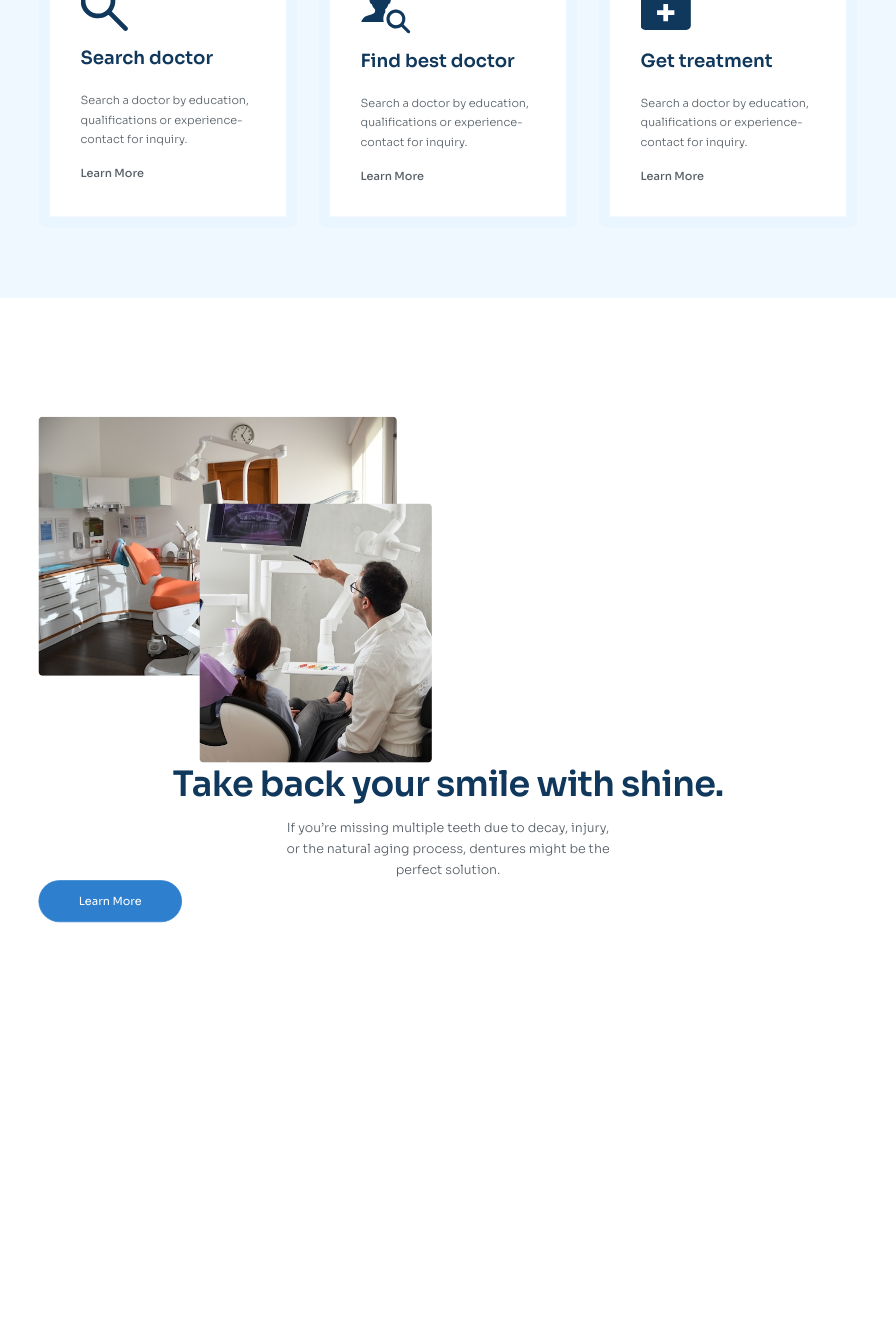
Repository: han2003dz/f8-project-03
Page: index.html
These files come from the project's save history. The page is drawn as it stood at one moment and after a run of saves; the edit follows.
The browser window is 1280 px wide. The pictures show the part of the page from y = 2279 to 4199 px (the page is 6000 px tall), at 70% of full size.

Above is the page before, as saved 2023-05-06 21:46:06.

After the next 4 saves:
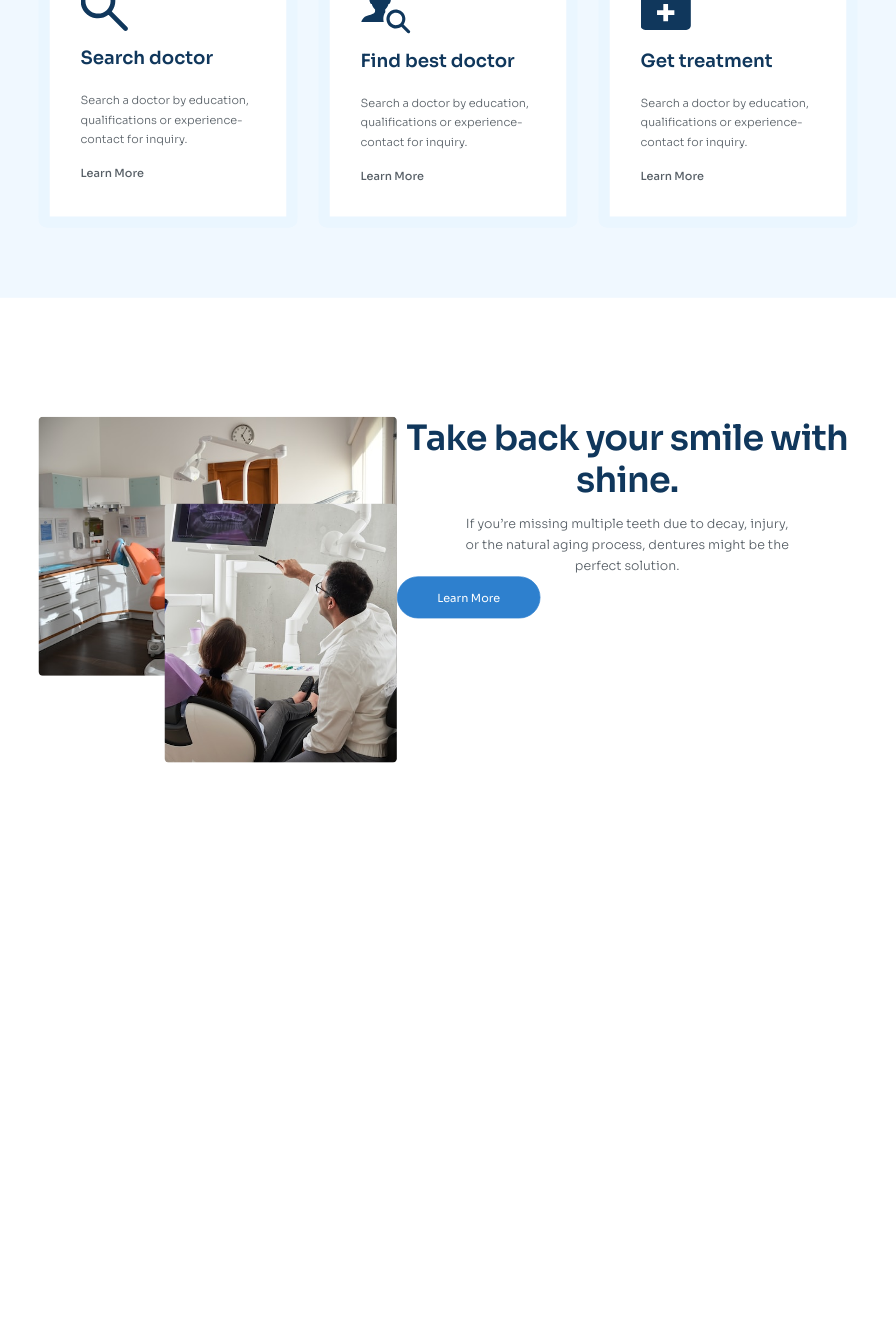
The 4 saves are shown as one change because they came seconds apart.
The last was saved 24 s later.
--- a/assets/css/style.css
+++ b/assets/css/style.css
@@ -352,6 +352,9 @@
   margin-top: 85px;
   padding: 85px 0;
 }
+.feature-body {
+  display: flex;
+}
 .feature__media {
   width: 48%;
 }

After the save that followed:
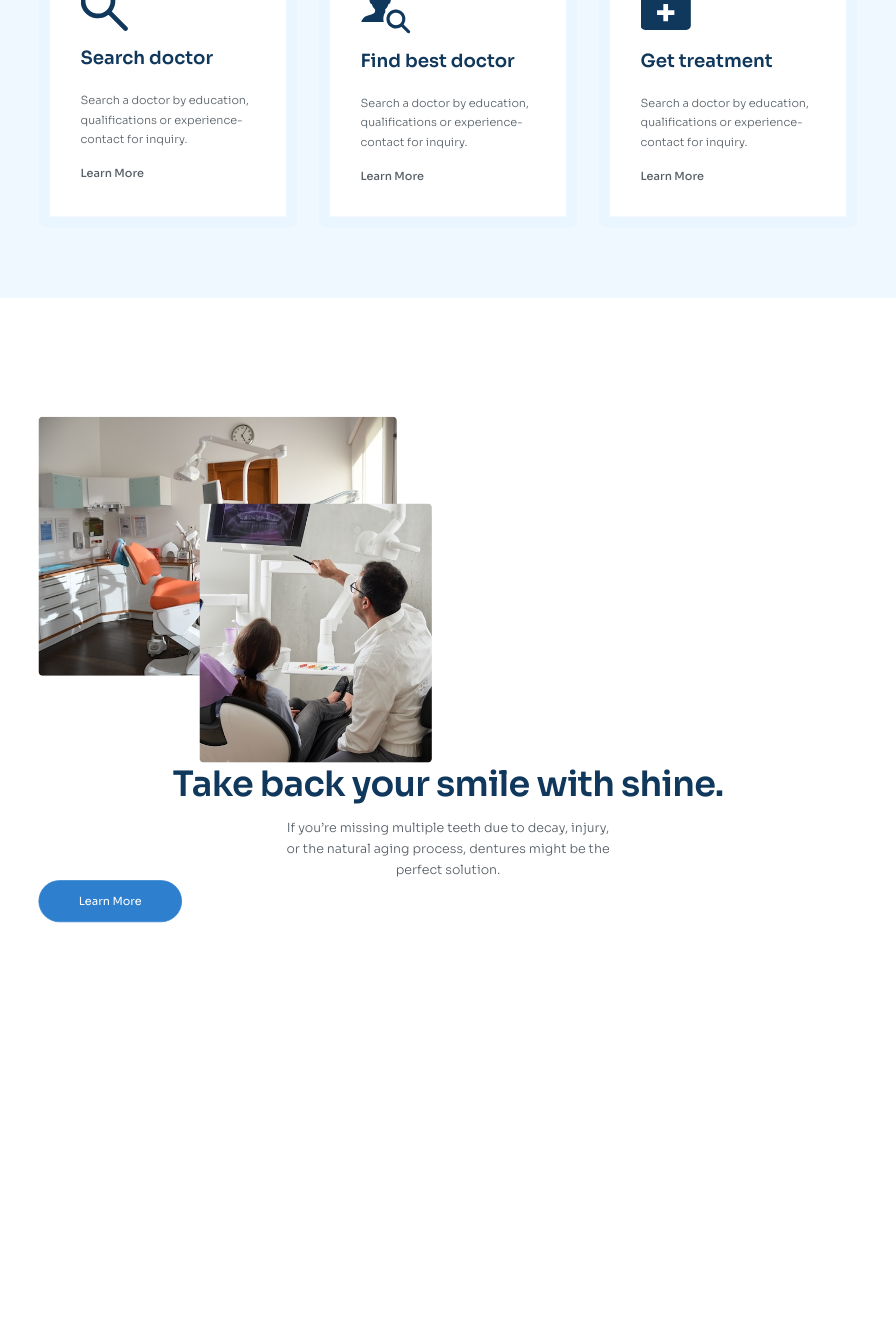
Saved 3 min 23 s later.
--- a/assets/css/style.css
+++ b/assets/css/style.css
@@ -352,9 +352,9 @@
   margin-top: 85px;
   padding: 85px 0;
 }
-.feature-body {
-  display: flex;
-}
+/* .feature-body {
+  display: flex;
+} */
 .feature__media {
   width: 48%;
 }
